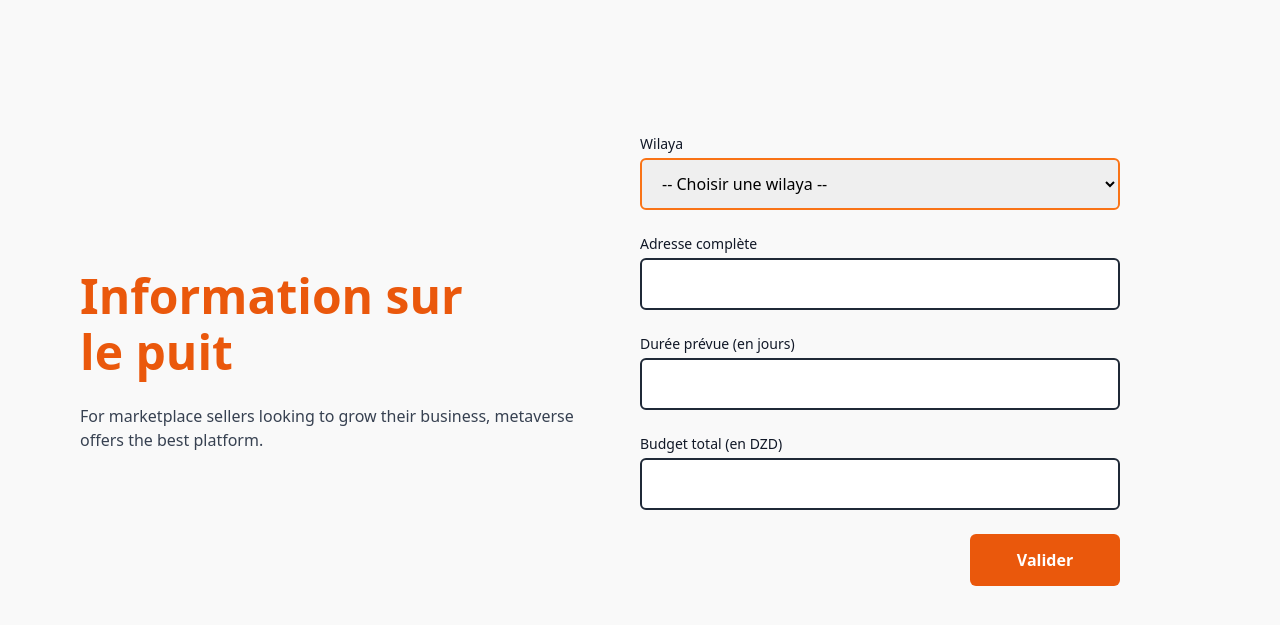
Repository: 123455675848484848484884848484/Projet_2cs
Page: /info-puit (app in front/)
The author's editor kept a copy of each file at every save. The page is drawn from the files as they stood at one save, then again after the next save.
The browser window is 1280 px wide. The pictures show the whole page.
The project was rebuilt for these pictures with package versions that can differ from the ones it lists, and the page was loaded fresh each time. Also part of the build but not shown: front/src/App.css, front/src/LancerPuit.jsx.

Above is the page before, as saved 2025-04-23 19:20:08.

### front/src/App.jsx
import './App.css';
import React from "react";
import { BrowserRouter as Router, Routes, Route } from "react-router-dom";

import LancerPuit from './LancerPuit';
import InformationPuit from './InformationPuit';
import MesPuits from './MesPuits'; // ✅ assure-toi que ce fichier existe

function App() {
  return (
    <Router>
      <Routes>
        <Route path="/" element={<LancerPuit />} />
        <Route path="/info-puit" element={<InformationPuit />} />
        <Route path="/mes-puits" element={<MesPuits />} /> {/* ✅ route ajoutée */}
      </Routes>
    </Router>
  );
}

export default App;

### front/src/InformationPuit.jsx
import React, { useState } from "react";

const InformationPuit = () => {
  const [formData, setFormData] = useState({
    wilaya: "",
    adresse: "",
    duree: "",
    budget: "",
  });

  const handleChange = (e) => {
    const { name, value } = e.target;
    setFormData({ ...formData, [name]: value });
  };

  const handleSubmit = (e) => {
    e.preventDefault();
    console.log("Formulaire envoyé :", formData);
  };

  const wilayas = [
    "Adrar", "Chlef", "Laghouat", "Oum El Bouaghi", "Batna", "Béjaïa", "Biskra", "Béchar",
    "Blida", "Bouira", "Tamanrasset", "Tébessa", "Tlemcen", "Tiaret", "Tizi Ouzou", "Alger",
    "Djelfa", "Jijel", "Sétif", "Saïda", "Skikda", "Sidi Bel Abbès", "Annaba", "Guelma",
    "Constantine", "Médéa", "Mostaganem", "M'Sila", "Mascara", "Ouargla", "El Bayadh",
    "Illizi", "Bordj Bou Arréridj", "Boumerdès", "El Tarf", "Tindouf", "Tissemsilt",
    "El Oued", "Khenchela", "Souk Ahras", "Tipaza", "Mila", "Aïn Defla", "Naâma",
    "Aïn Témouchent", "Ghardaïa", "Relizane", "Timimoun", "Bordj Badji Mokhtar",
    "Ouled Djellal", "Béni Abbès", "In Salah", "In Guezzam", "Touggourt", "Djanet",
    "El M'Ghair", "El Meniaa"
  ];

  return (
    <div className="flex h-screen px-20 bg-[#f9f9f9] items-center">
      {/* Colonne gauche : texte */}
      <div className="w-1/2 pr-10">
        <h1 className="text-[48px] font-bold leading-[56px] text-orange-600 mb-6">
          Information sur <br /> le puit
        </h1>
        <p className="text-[16px] text-gray-700 leading-[24px]">
          For marketplace sellers looking to grow their business, metaverse offers the best platform.
        </p>
      </div>

      {/* Colonne droite : formulaire */}
      <form onSubmit={handleSubmit} className="w-1/2 flex flex-col gap-6 max-w-[480px]">
        {/* Wilaya */}
        <div>
          <label htmlFor="wilaya" className="block text-sm font-medium text-gray-900 mb-1">
            Wilaya
          </label>
          <select
            id="wilaya"
            name="wilaya"
            value={formData.wilaya}
            onChange={handleChange}
            className="w-full h-[52px] border-2 border-orange-500 rounded-md px-4 text-[16px] focus:outline-none focus:ring-2 focus:ring-orange-500"
            required
          >
            <option value="">-- Choisir une wilaya --</option>
            {wilayas.map((wilaya) => (
              <option key={wilaya} value={wilaya}>{wilaya}</option>
            ))}
          </select>
        </div>

        {/* Adresse */}
        <div>
          <label htmlFor="adresse" className="block text-sm font-medium text-gray-900 mb-1">
            Adresse complète
          </label>
          <input
            type="text"
            id="adresse"
            name="adresse"
            value={formData.adresse}
            onChange={handleChange}
            className="w-full h-[52px] border-2 border-gray-800 rounded-md px-4 text-[16px] focus:outline-none focus:ring-2 focus:ring-gray-800"
            required
          />
        </div>

        {/* Durée */}
        <div>
          <label htmlFor="duree" className="block text-sm font-medium text-gray-900 mb-1">
            Durée prévue (en jours)
          </label>
          <input
            type="number"
            id="duree"
            name="duree"
            value={formData.duree}
            onChange={handleChange}
            className="w-full h-[52px] border-2 border-gray-800 rounded-md px-4 text-[16px] focus:outline-none focus:ring-2 focus:ring-gray-800"
            required
          />
        </div>

        {/* Budget */}
        <div>
          <label htmlFor="budget" className="block text-sm font-medium text-gray-900 mb-1">
            Budget total (en DZD)
          </label>
          <input
            type="number"
            id="budget"
            name="budget"
            value={formData.budget}
            onChange={handleChange}
            className="w-full h-[52px] border-2 border-gray-800 rounded-md px-4 text-[16px] focus:outline-none focus:ring-2 focus:ring-gray-800"
            required
          />
        </div>
        {/* Bouton Valider */}
<div className="text-right">
  <button
    type="submit"
    className="w-[150px] h-[52px] bg-orange-600 hover:bg-orange-700 text-white text-[16px] font-semibold rounded-md transition"
  >
    Valider
  </button>
</div>
      </form>
    </div>
  );
};

export default InformationPuit;

### front/src/MesPuits.jsx
import React, { useState, useEffect } from "react";

const MesPuits = () => {
  const [puits, setPuits] = useState([]);

  // Simulation d'une récupération depuis une BDD / API
  useEffect(() => {
    // À remplacer par une vraie requête API si besoin
    const fakeData = [
      {
        id: "000369",
        dateDebut: "07/11/2023",
        wilaya: "Guelma",
        adresse: "Cité 150 logements",
        duree: "30",
        budget: "8750000 DZD",
      },
      {
        id: "000370",
        dateDebut: "01/02/2024",
        wilaya: "Alger",
        adresse: "Bir Mourad Rais",
        duree: "45",
        budget: "12500000 DZD",
      },
    ];

    setPuits(fakeData);
  }, []);

  return (
    <div className="min-h-screen bg-[#f9f9f9] px-20 py-12">
      {/* Titre */}
      <h1 className="text-[48px] font-bold text-orange-600 leading-[56px] mb-4">
        Mes Puits
      </h1>
      <p className="text-[16px] text-gray-700 mb-10 max-w-xl">
        For marketplace sellers looking to grow their business, metaverse offers the best platform.
      </p>

      {/* Barre de recherche */}
      <div className="flex justify-end mb-4">
        <input
          type="text"
          placeholder="Type here..."
          className="w-[250px] px-4 py-2 border rounded-full focus:outline-none"
        />
      </div>

      {/* Tableau */}
      <div className="overflow-x-auto">
        <table className="w-full border-collapse text-left">
          <thead className="bg-gray-100">
            <tr className="text-gray-700">
              <th className="p-4">ID</th>
              <th className="p-4">Date début</th>
              <th className="p-4">Wilaya</th>
              <th className="p-4">Adresse</th>
              <th className="p-4">Durée prévue</th>
              <th className="p-4">Coût total</th>
              <th className="p-4"></th>
            </tr>
          </thead>
          <tbody>
            {puits.map((puit, index) => (
              <tr key={index} className="border-t border-gray-200">
                <td className="p-4">› {puit.id}</td>
                <td className="p-4">{puit.dateDebut}</td>
                <td className="p-4">{puit.wilaya}</td>
                <td className="p-4">{puit.adresse}</td>
                <td className="p-4">{puit.duree} jours</td>
                <td className="p-4">{puit.budget}</td>
                <td className="p-4">
                  <button className="bg-green-800 hover:bg-green-900 text-white px-4 py-2 rounded-md font-semibold">
                    Consulter
                  </button>
                </td>
              </tr>
            ))}
            {puits.length === 0 && (
              <tr>
                <td colSpan="7" className="text-center text-gray-500 py-6">
                  Aucun puit enregistré pour le moment.
                </td>
              </tr>
            )}
          </tbody>
        </table>
      </div>

      {/* Bouton suivant */}
      <div className="flex justify-end mt-10">
        <button className="w-[150px] h-[52px] bg-orange-600 hover:bg-orange-700 text-white text-[16px] font-semibold rounded-md transition">
          Suivant
        </button>
      </div>
    </div>
  );
};

export default MesPuits;

Loaded but not shown: front/public/index.html (common file); front/src/index.js (common file); front/src/index.css (common file); front/src/reportWebVitals.js (common file); front/tailwind.config.js (common file)

After the next save:
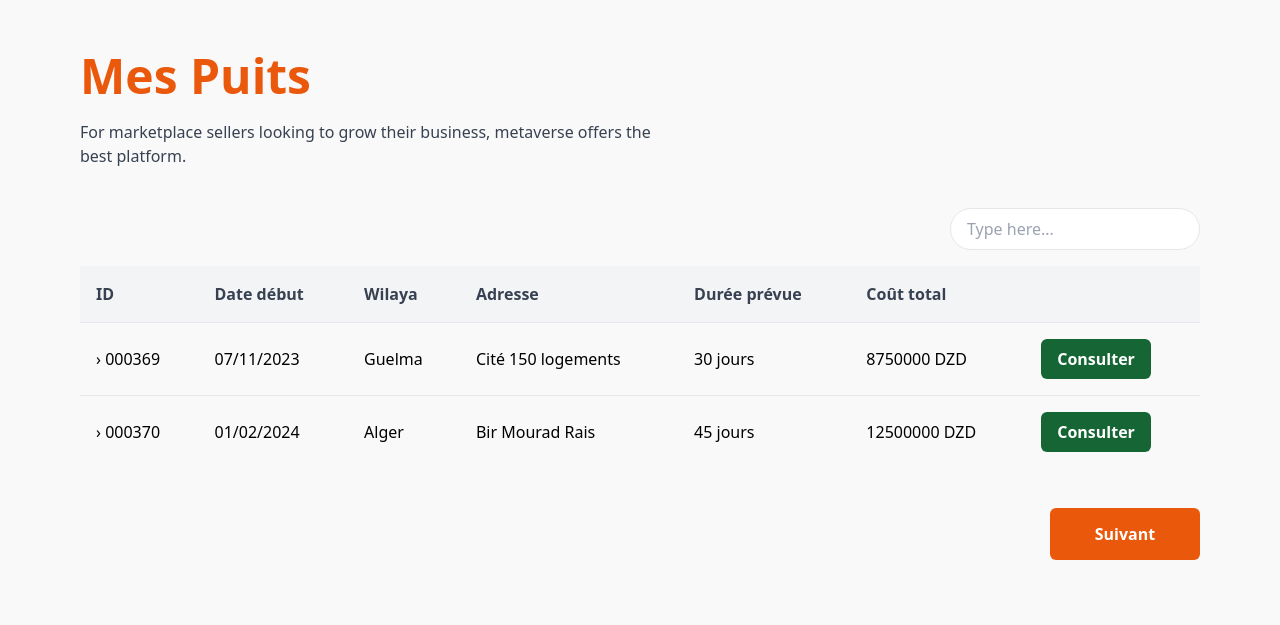
Saved 2 min 57 s later.
--- a/front/src/App.jsx
+++ b/front/src/App.jsx
@@ -8,13 +8,13 @@
 
 function App() {
   return (
-    <Router>
-      <Routes>
-        <Route path="/" element={<LancerPuit />} />
-        <Route path="/info-puit" element={<InformationPuit />} />
-        <Route path="/mes-puits" element={<MesPuits />} /> {/* ✅ route ajoutée */}
-      </Routes>
-    </Router>
+   // <Router>
+     // <Routes>
+      //  <Route path="/" element={<LancerPuit />} />
+     //   <Route path="/info-puit" element={<InformationPuit />} />
+   //   </Routes>
+ //   </Router>
+ < MesPuits />
   );
 }
 

After the save that followed:
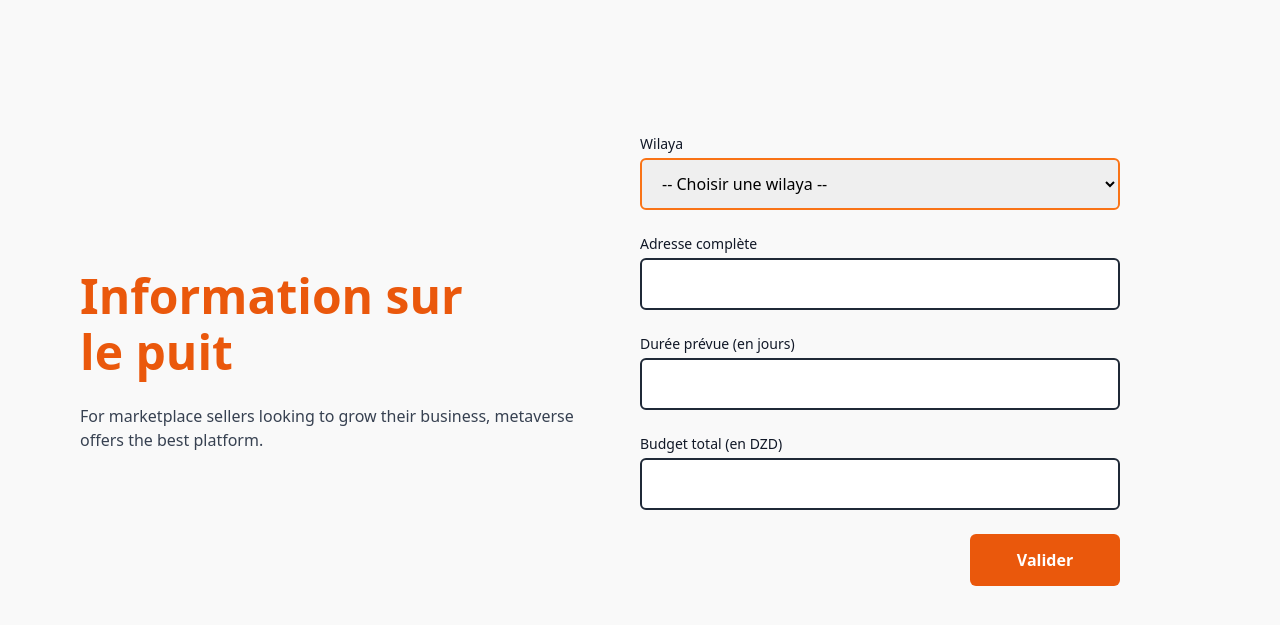
Saved 3 min 50 s later.
--- a/front/src/App.jsx
+++ b/front/src/App.jsx
@@ -8,13 +8,13 @@
 
 function App() {
   return (
-   // <Router>
-     // <Routes>
-      //  <Route path="/" element={<LancerPuit />} />
-     //   <Route path="/info-puit" element={<InformationPuit />} />
-   //   </Routes>
- //   </Router>
- < MesPuits />
+   <Router>
+     <Routes>
+       <Route path="/" element={<LancerPuit />} />
+       <Route path="/info-puit" element={<InformationPuit />} />
+   </Routes>
+    </Router>
+ //< MesPuits />
   );
 }
 
